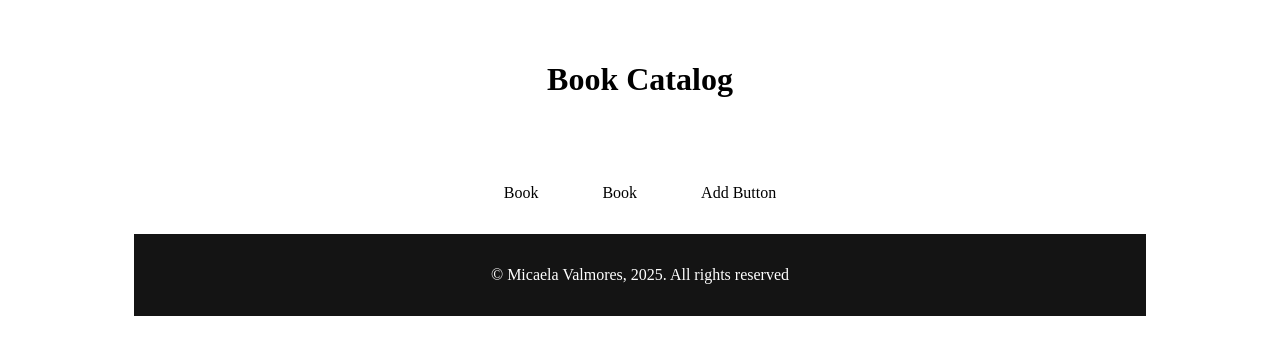
Repository: Micaelavalmores/COMP3170-Data-Fetching
Page: /
These files come from the project's save history. The page is drawn as it stood at one moment and after a run of saves; the edit follows.
The browser window is 1280 px wide. The pictures show the whole page.
The project was rebuilt for these pictures with package versions that can differ from the ones it lists, and the page was loaded fresh each time. Also part of the build but not shown: vite.config.js.

Above is the page before, as saved 2025-09-22 18:05:20.

### index.html
<!doctype html>
<html lang="en">
  <head>
    <meta charset="UTF-8" />
    <meta name="viewport" content="width=device-width, initial-scale=1.0" />
    <title>Book Catalog</title>
  </head>
  <body>
    <div id="root"></div>
    <script type="module" src="/src/main.jsx"></script>
  </body>
</html>

### src/index.css


.app {
  display: flex;
  flex-direction: column;
  width: 80%;
  margin: 0 auto;
  background: #fff;
  min-height: 100%;
  justify-content: space-between;

  footer {
    padding: 0;
    background: #141414;
    color: #fff;

    p {
        text-align: center;
        padding: 1em 0;
    }
  }

  .content {
    margin: 2em 0;
    display: flex;
    justify-content: center;
  }

  .mainContent {
    display: flex;
    justify-content: center;
  }

  .Book {
    margin: 2em;
  }

  .AddButton {
    margin: 2em;
  }

}

### src/App.jsx
import Footer from "./components/Footer";
import Book from "./components/Book";
import AppHeader from "./components/AppHeader";
import AddButton from "./components/AddButton";


function App () {
  return (
    <div className="app">
      <div className="content">
        <AppHeader />
      </div>
        <div className="mainContent">
          <div className="Book">
            <Book />
          </div>
          <div className="Book">
            <Book />
          </div>
          <div className="AddButton">
            <AddButton />
          </div>
        </div>
        <Footer />
    </div>
  )
}

export default App;

### src/components/Footer.jsx
function Footer() {
    return (
        <footer>
            <p>&copy; Micaela Valmores, 2025. All rights reserved</p>
        </footer>
    );
}

export default Footer;

### src/components/Book.jsx
function Book () {
    return 'Book';
}

export default Book;

### src/components/AppHeader.jsx


function AppHeader () {
    return (
        <h1>Book Catalog</h1>
    );
}

export default AppHeader;

### src/components/AddButton.jsx
function AddButton () {
    return `Add Button`;
}

export default AddButton;

Loaded but not shown: src/main.jsx (common file)

After the next 4 saves:
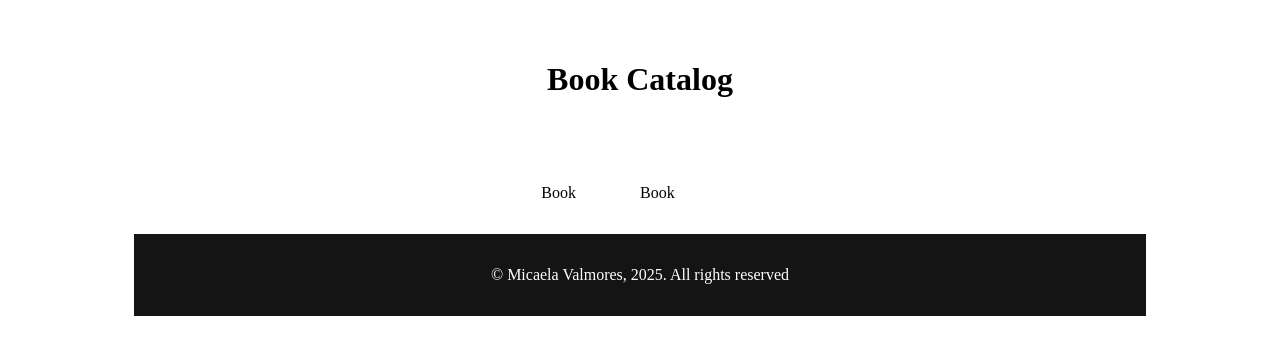
The 4 saves are shown as one change because 2 did not build or start and some came seconds apart.
The last was saved 36 s later.
--- a/src/components/AddButton.jsx
+++ b/src/components/AddButton.jsx
@@ -1,5 +1,7 @@
 function AddButton () {
-    return `Add Button`;
+    return (
+        <div></div>
+    );
 }
 
 export default AddButton;
